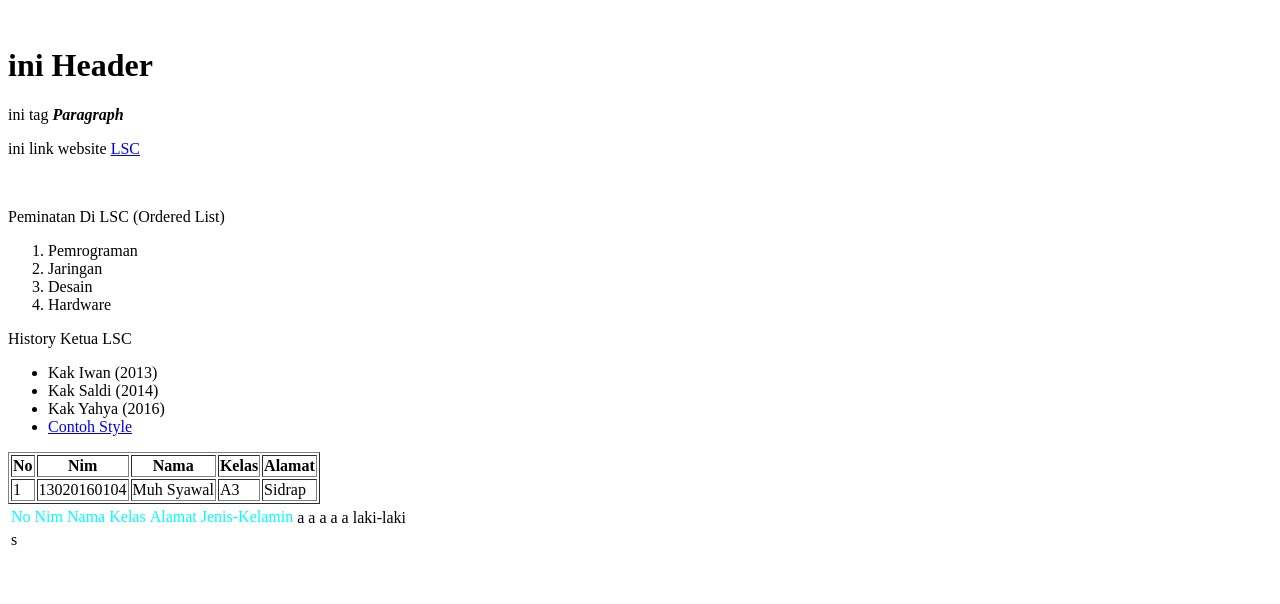
Repository: syawal2kalii/HelloWorld
Page: basichtml.htm
The author's editor kept a copy of each file at every save. The page is drawn from the files as they stood at one save, then again after a run of saves.
The browser window is 1280 px wide. The pictures show the whole page.

Above is the page before, as saved 2019-11-17 01:45:52.

After the next 3 saves:
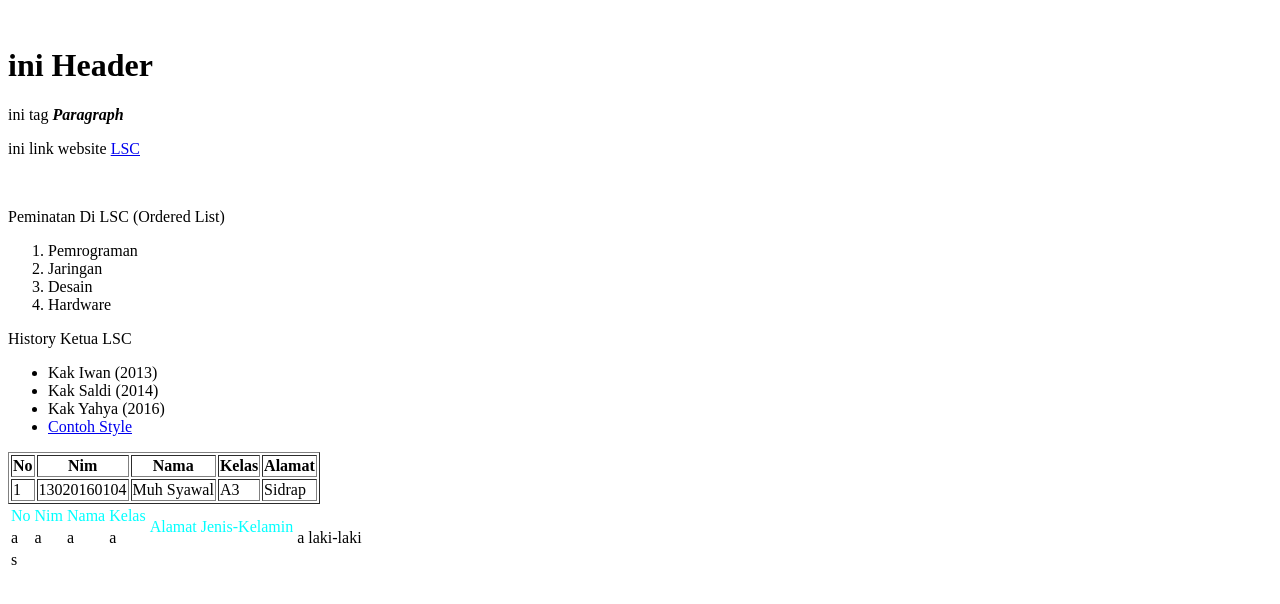
The 3 saves are shown as one change because they came seconds apart.
The last was saved 35 s later.
--- a/basichtml.htm
+++ b/basichtml.htm
@@ -76,10 +76,10 @@ Overview
     <table>
 
         <tr style="color: aqua;">
-            <td rowspan="2">No</td>
-            <td rowspan="2">Nim</td>
-            <td rowspan="2">Nama</td>
-            <td rowspan="2">Kelas</td>
+            <td >No</td>
+            <td >Nim</td>
+            <td >Nama</td>
+            <td >Kelas</td>
             <td rowspan="2">Alamat</td>
             <td rowspan="2" colspan="2">Jenis-Kelamin</td>
         </tr>
